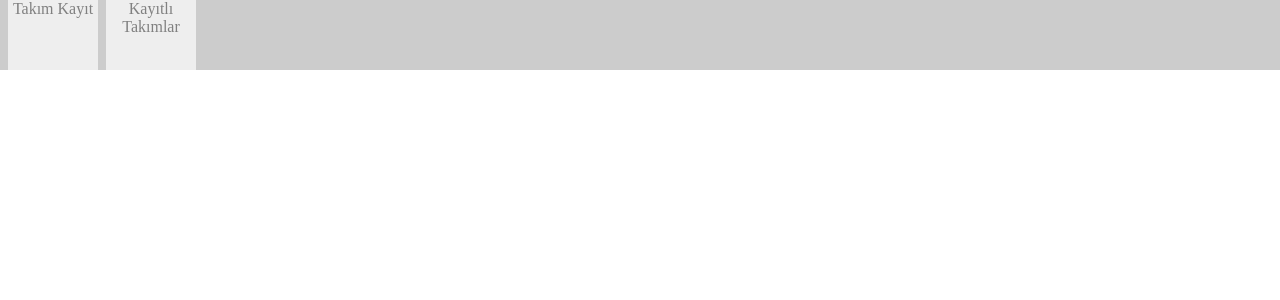
Repository: oktembaris77/internet_final
Page: http://localhost/internetfinal/
An editor plug-in stored every save of this project. The page is shown before and after the next save, followed by the edit.
The browser window is 1280 px wide. The pictures show the whole page.
The page is served by Tomcat 9.

Above is the page before, as saved 2020-05-11 19:25:25.

After the next save:
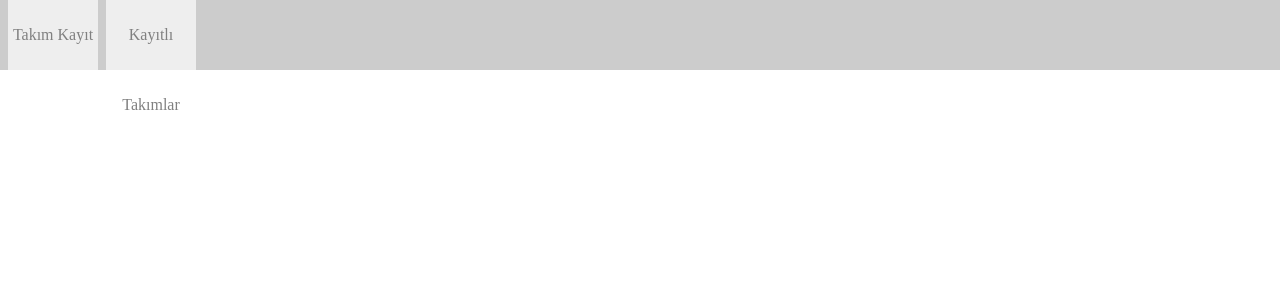
Saved 47 s later.
--- a/internetfinal/WebContent/index.jsp
+++ b/internetfinal/WebContent/index.jsp
@@ -19,7 +19,7 @@ background-color:#ccc;
 a{
 text-decoration:none;
 color:gray;
-padding-top:35px;
+line-height : 70px;
 box-sizing:border-box;
 }
 
